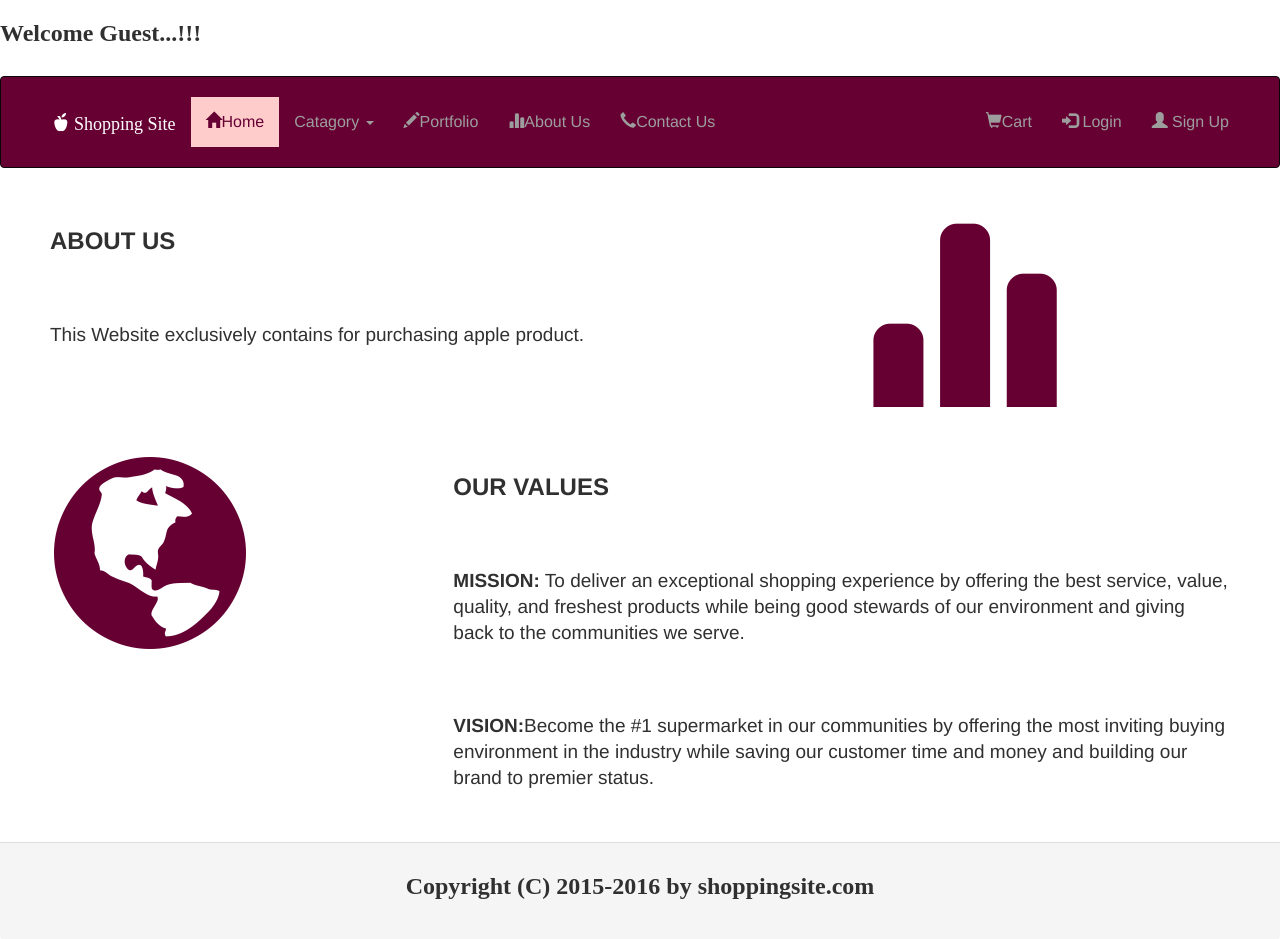
Repository: priyasuthakar/priya
Page: http://localhost/Apple/WEB-INF/views/about.jsp
These files come from the project's save history. The page is drawn as it stood at one moment and after the next save; the edit follows.
The browser window is 1280 px wide. The pictures show the whole page.
The page is served by Tomcat 9. Nobody is signed in. Other server files are loaded and not shown. The template is opened directly, without the code that normally fills it, so the values that code supplies are empty.

Above is the page before, as saved 2016-08-25 18:03:35.

### Apple/src/main/webapp/WEB-INF/views/about.jsp
<%@ page language="java" contentType="text/html; charset=ISO-8859-1"
	pageEncoding="ISO-8859-1"%>
<%@ taglib uri="http://java.sun.com/jsp/jstl/core" prefix="c"%>
<%@ taglib uri="http://www.springframework.org/tags" prefix="spring"%>
<%@ taglib uri="http://www.springframework.org/tags/form" prefix="form"%>
<%@ page session="false"%>
<%@page isELIgnored="false"%>
<!DOCTYPE html>
<html lang="en">
<head>
<title>My Shopping</title>
<meta charset="utf-8">
<meta name="viewport" content="width=device-width, initial-scale=1">
<link rel="stylesheet"
	href="http://maxcdn.bootstrapcdn.com/bootstrap/3.3.6/css/bootstrap.min.css">
<!-- <link href="http://fonts.googleapis.com/css?family=Montserrat"
	rel="stylesheet" type="text/css">
<link href="http://fonts.googleapis.com/css?family=Lato"
	rel="stylesheet" type="text/css">
 -->
<script
	src="https://ajax.googleapis.com/ajax/libs/jquery/1.12.4/jquery.min.js"></script>
<script
	src="http://maxcdn.bootstrapcdn.com/bootstrap/3.3.6/js/bootstrap.min.js"></script>
<style>
body {
	font: 400 15px Helvetica, sans-serif;
	line-height: 1.8;
	color: #818181;
}

h1 {
	font-size: 24px;
	color: #303030;
	font-weight: 600;
	margin-bottom: 30px;
	font-size: 24px;
}

h2 {
	font-size: 24px;
	text-transform: uppercase;
	color: #303030;
	font-weight: 600;
	margin-bottom: 30px;
}

h4 {
	font-size: 19px;
	line-height: 1.375em;
	color: #303030;
	font-weight: 400;
	margin-bottom: 30px;
}

.bg-grey {
	background-color: #FFCCCC;
	color: black;
	font-family: Montserrat, sans-serif;
}

.logo {
	color: #660033;
	font-size: 200px;
}

.thumbnail {
	padding: 0 0 15px 0;
	border: none;
	border-radius: 0;
}

.thumbnail img {
	width: 100%;
	height: 100%;
	margin-bottom: 10px;
}

.carousel-control.right, .carousel-control.left {
	background-image: none;
	color: #660033;
}

.carousel-indicators li {
	border-color: #660033;
}

.carousel-indicators li.active {
	background-color: #660033;
}

.carousel-inner>.item>img, .carousel-inner>.item>a>img {
	width: 250%;
	margin: auto;
}

.tales {
	width: 200%;
}

.carousel-inner {
	max-height: 600px !important;
}

.item h4 {
	font-size: 19px;
	line-height: 1.375em;
	font-weight: 400;
	font-style: italic;
	margin: 70px 0;
}

.item span {
	font-style: normal;
}

.container-fluid {
	padding: 20px 50px;
}

.navbar {
	background-color:#660033;
	font-size: 16px !important;
}

.navbar .navbar-brand {
	color: #FFFFFF !important;
}

.navbar .li a {
	color: #FFF !important;
}

.navbar-nav li a:hover, .navbar-nav li.active a {
	color: #660033 !important;
	background-color: #FFCCCC !important;
}

.navbar-default .navbar-toggle {
	border-color: transparent;
	color: #FFCCCC !important;
}

footer .glyphicon {
	font-size: 24px;
	margin-bottom: 20px;
	color: #660033;
}

.slideanim {
	visibility: hidden;
}

.slide {
	animation-name: slide;
	-webkit-animation-name: slide;
	animation-duration: 1s;
	-webkit-animation-duration: 1s;
	visibility: visible;
}

@media screen and (max-width: 768px) {
	.col-sm-4 {
		text-align: center;
		margin: 25px 0;
	}
	.btn-lg {
		width: 100%;
		margin-bottom: 35px;
	}
}

@media screen and (max-width: 480px) {
	.logo {
		font-size: 150px;
	}
}
</style>
</head>

<body id="myPage" data-spy="scroll" data-target=".navbar"
	data-offset="60">
	<%@include file="Header.jsp"%>
	<!-- Container (About Section) -->
	<div id="about" class="container-fluid">
		<div class="row">
			<div class="col-sm-8">
				<h2>About Us</h2>
				<br>
				<h4>
					<p>This Website exclusively contains for purchasing apple
						product.</p>
				</h4>
			</div>
			<div class="col-sm-4">
				<span class="glyphicon glyphicon-stats logo"></span>
			</div>
		</div>
	</div>

	<div class="container-fluid ">
		<div class="row">
			<div class="col-sm-4">
				<span class="glyphicon glyphicon-globe logo slideanim"></span>
			</div>
			<div class="col-sm-8">
				<h2>Our Values</h2>
				<br>
				<h4>
					<strong>MISSION:</strong> To deliver an exceptional shopping
					experience by offering the best service, value, quality, and
					freshest products while being good stewards of our environment and
					giving back to the communities we serve.
				</h4>
				<br>
				<h4>
					<strong>VISION:</strong>Become the #1 supermarket in our
					communities by offering the most inviting buying environment in the
					industry while saving our customer time and money and building our
					brand to premier status.
				</h4>
			</div>
		</div>
	</div>
	<script>
		$(document).ready(
				function() {
					// Add smooth scrolling to all links in navbar + footer link
					$(".navbar a, footer a[href='#myPage']").on('click',
							function(event) {
								// Make sure this.hash has a value before overriding default behavior
								if (this.hash !== "") {
									// Prevent default anchor click behavior
									event.preventDefault();

									// Store hash
									var hash = this.hash;

									// Using jQuery's animate() method to add smooth page scroll
									// The optional number (900) specifies the number of milliseconds it takes to scroll to the specified area
									$('html, body').animate({
										scrollTop : $(hash).offset().top
									}, 900, function() {

										// Add hash (#) to URL when done scrolling (default click behavior)
										window.location.hash = hash;
									});
								} // End if
							});

					$(window).scroll(function() {
						$(".slideanim").each(function() {
							var pos = $(this).offset().top;

							var winTop = $(window).scrollTop();
							if (pos < winTop + 600) {
								$(this).addClass("slide");
							}
						});
					});
				})
	</script>
	<%@include file="Footer.jsp"%>

</body>
</html>

### Apple/src/main/webapp/WEB-INF/views/Header.jsp
<%@ page language="java" contentType="text/html; charset=ISO-8859-1"
	pageEncoding="ISO-8859-1"%>
<%@ taglib uri="http://java.sun.com/jsp/jstl/core" prefix="c"%>
<!DOCTYPE html PUBLIC "-//W3C//DTD HTML 4.01 Transitional//EN" "http://www.w3.org/TR/html4/loose.dtd">
<html>
<head>
<meta http-equiv="Content-Type" content="text/html; charset=ISO-8859-1">
</head>
<body>
	<c:choose>
		<c:when test="${empty loggedInUser}">
			<font face="Harlow Solid Italic"><h1>Welcome Guest...!!!</h1></font>
		</c:when>
		<c:when test="${not empty loggedInUser}">
			<font face="Harlow Solid Italic"><h1>${loggedInUser}</h1></font>
		</c:when>
	</c:choose>
	<div class="responsive">
	<nav class="navbar navbar-inverse">
	<div class="container-fluid">
		<div class="navbar-header">
			<a class="navbar-brand"> <span class="glyphicon glyphicon-apple"></span>
				<font face="Script MT Bold"> Shopping Site </font>
			</a>
		</div>
		<ul class="nav navbar-nav">
			<li class="active"><a href="Home"><span
					class="glyphicon glyphicon-home"></span>Home</a></li>
			<li class="dropdown"><a class="dropdown-toggle"
				data-toggle="dropdown" href="#"> Catagory <span class="caret"></span></a>
				<ul class="dropdown-menu">
					<li><a href="product1?catname=Desktop">Desktop</a></li>
					<li><a href="product1?catname=Laptop">Laptop</a></li>
					<li><a href="product1?catname=Iphone">Iphone</a></li>
					<li><a href="product1?catname=Ipad">Ipad</a></li>
					<li><a href="product1?catname=Ipod">Ipod</a></li>
					<li><a href="product1?catname=Accessories">Accessories</a></li>
				</ul></li>
			<li><a href="portfolio"><span
					class="glyphicon glyphicon-pencil"></span>Portfolio</a></li>
			<li><a href="about"><span class="glyphicon glyphicon-stats"></span>About
					Us</a></li>
			<li><a href="contactus"><span
					class="glyphicon glyphicon-earphone"></span>Contact Us</a></li>
		</ul>
		<ul class="nav navbar-nav navbar-right">
			<li><a href="cart"><span
					class="glyphicon glyphicon-shopping-cart"></span>Cart</a></li>
			<c:choose>
				<c:when test="${empty loggedInUser}">
					<li><a href="login"><span
							class="glyphicon glyphicon-log-in"></span> Login</a></li>
					<li><a href="reg"><span class="glyphicon glyphicon-user"></span>
							Sign Up</a></li>
				</c:when>
				<c:when test="${not empty loggedInUser}">
					<li><a href="logout"><span
							class="glyphicon glyphicon-user"></span> Logout</a></li>
				</c:when>
			</c:choose>
		</ul>
	</div>
	</nav>
</div>
</body>
</html>

### Apple/src/main/webapp/WEB-INF/views/Footer.jsp
<%@ page language="java" contentType="text/html; charset=ISO-8859-1"
	pageEncoding="ISO-8859-1"%>
<!DOCTYPE html PUBLIC "-//W3C//DTD HTML 4.01 Transitional//EN" "http://www.w3.org/TR/html4/loose.dtd">
<html>
<head>
<meta http-equiv="Content-Type" content="text/html; charset=ISO-8859-1">
<title>footer</title>
</head>
<body background-color="#660033">
	<div class="panel-footer">
	<center>

		<font face="Harlow Solid Italic" color="#FFFFF">
			<h1>Copyright (C) 2015-2016 by shoppingsite.com</h1>
		</font>
		</center>

	</div>
</body>
</html>

After the next save:
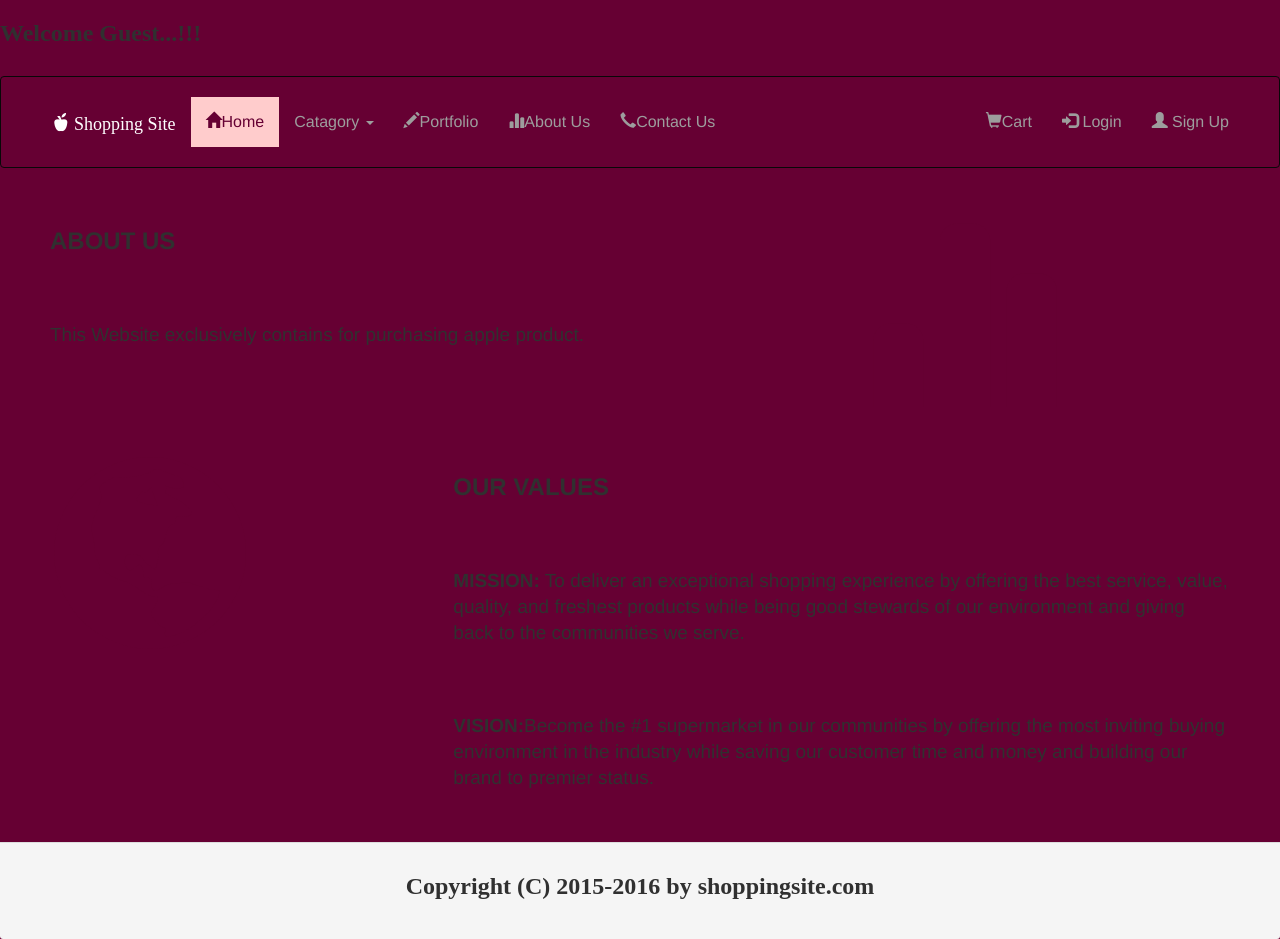
Saved 76 s later.
--- a/Apple/src/main/webapp/WEB-INF/views/Footer.jsp
+++ b/Apple/src/main/webapp/WEB-INF/views/Footer.jsp
@@ -6,7 +6,7 @@
 <meta http-equiv="Content-Type" content="text/html; charset=ISO-8859-1">
 <title>footer</title>
 </head>
-<body background-color="#660033">
+<body style="background-color: #660033">
 	<div class="panel-footer">
 	<center>
 

After the save that followed:
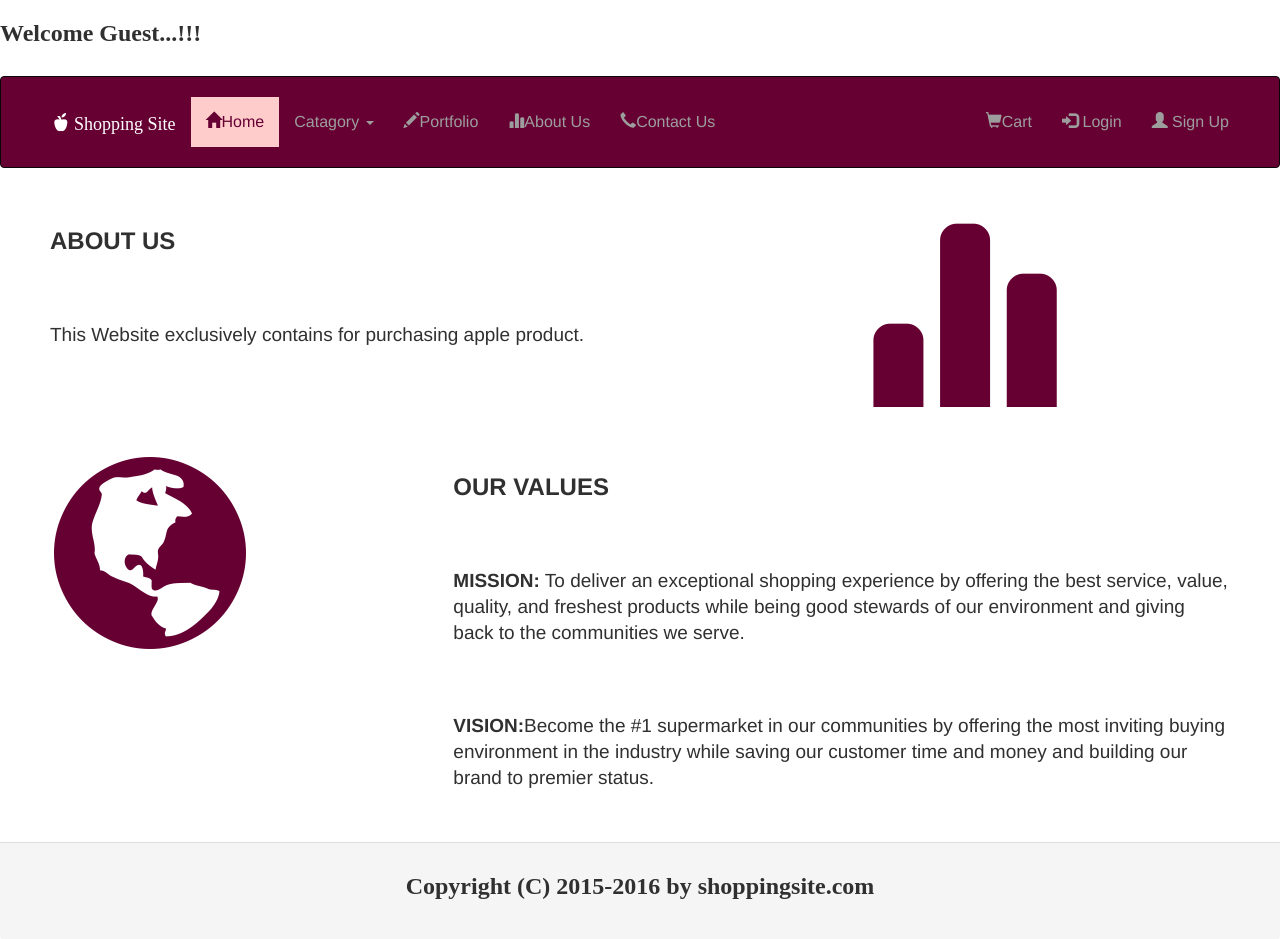
Saved 20 s later.
--- a/Apple/src/main/webapp/WEB-INF/views/Footer.jsp
+++ b/Apple/src/main/webapp/WEB-INF/views/Footer.jsp
@@ -6,7 +6,7 @@
 <meta http-equiv="Content-Type" content="text/html; charset=ISO-8859-1">
 <title>footer</title>
 </head>
-<body style="background-color: #660033">
+<body >
 	<div class="panel-footer">
 	<center>
 
